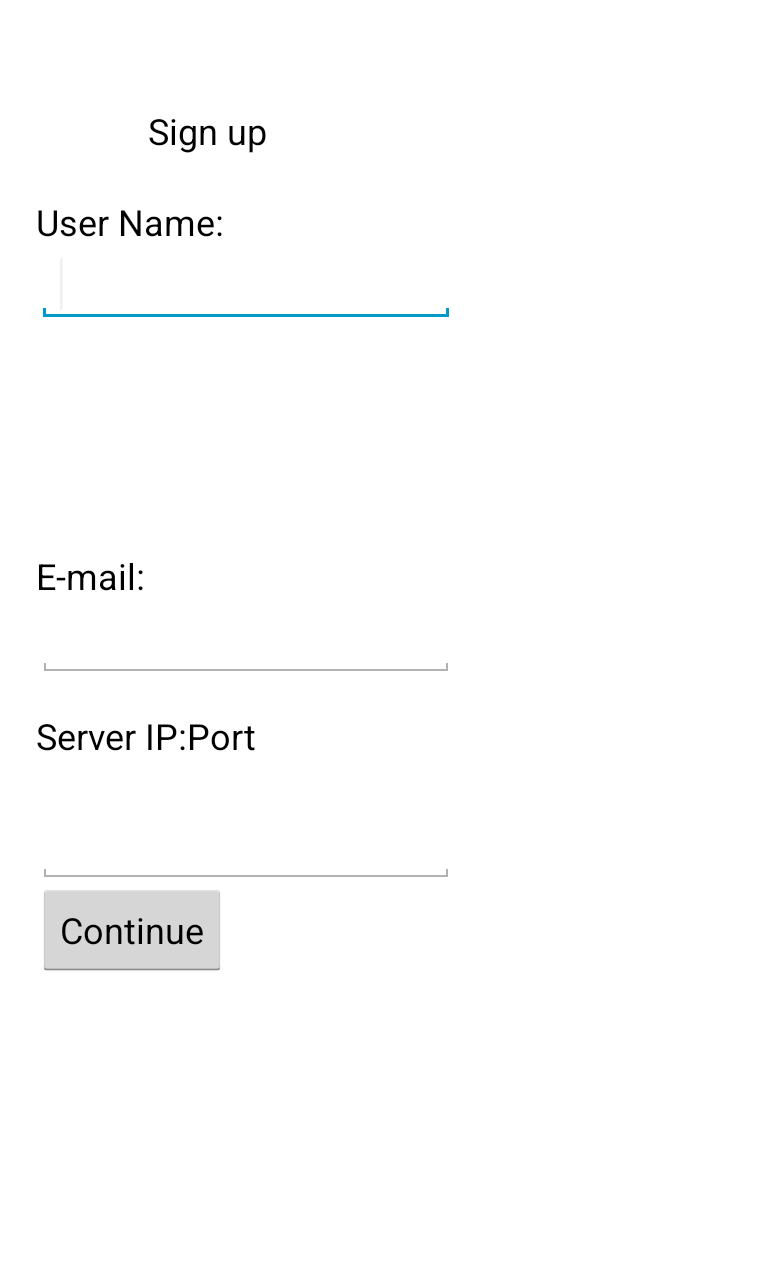
Repository: Teketel/hujeManiita
Layout: workspace/android/Besso/res/layout/activity_main.xml
An editor plug-in stored every save of this project. The layout is shown before and after the next save, followed by the edit.
It is drawn on a 768 x 1280 px phone screen (xhdpi) without system bars, with theme AppTheme; the app's code is not run.

Above is the layout before, as saved 2013-02-18 19:24:43.

After the next save:
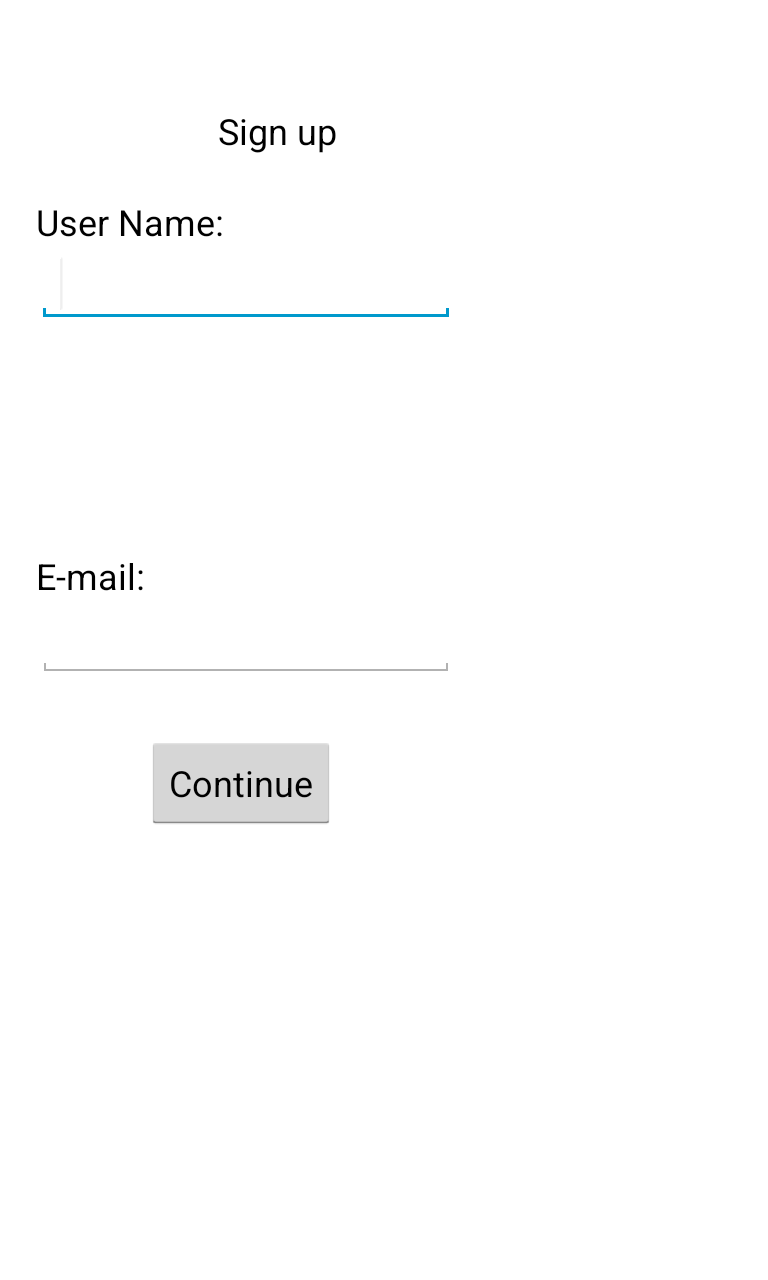
Saved 62 s later.
--- a/workspace/android/Besso/res/layout/activity_main.xml
+++ b/workspace/android/Besso/res/layout/activity_main.xml
@@ -26,6 +26,7 @@
         android:layout_height="wrap_content"
         android:layout_alignLeft="@+id/editText1"
         android:layout_alignParentTop="true"
+        android:layout_alignRight="@+id/button1"
         android:layout_marginLeft="56dp"
         android:layout_marginTop="35dp"
         android:text="Sign up"
@@ -42,7 +43,7 @@
         android:inputType="textEmailAddress" />
 
     <TextView
-        android:id="@+id/userTextView"
+        android:id="@+id/textView2"
         android:layout_width="wrap_content"
         android:layout_height="wrap_content"
         android:layout_alignLeft="@+id/editText1"
@@ -51,8 +52,17 @@
         android:text="User Name:"
         android:textAppearance="?android:attr/textAppearanceMedium" />
 
+    <Button
+        android:id="@+id/button1"
+        android:layout_width="wrap_content"
+        android:layout_height="wrap_content"
+        android:layout_below="@+id/email"
+        android:layout_marginTop="28dp"
+        android:layout_toRightOf="@+id/textView3"
+        android:text="Continue" />
+
     <TextView
-        android:id="@+id/emailTextView"
+        android:id="@+id/textView3"
         android:layout_width="wrap_content"
         android:layout_height="wrap_content"
         android:layout_above="@+id/email"
@@ -60,32 +70,4 @@
         android:text="E-mail:"
         android:textAppearance="?android:attr/textAppearanceMedium" />
 
-    <TextView
-        android:id="@+id/ipTextView"
-        android:layout_width="wrap_content"
-        android:layout_height="wrap_content"
-        android:layout_alignLeft="@+id/email"
-        android:layout_below="@+id/email"
-        android:layout_marginTop="16dp"
-        android:text="Server IP:Port"
-        android:textAppearance="?android:attr/textAppearanceMedium" />
-
-    <Button
-        android:id="@+id/button1"
-        android:layout_width="wrap_content"
-        android:layout_height="wrap_content"
-        android:layout_alignParentLeft="true"
-        android:layout_below="@+id/ipTextView"
-        android:layout_marginTop="61dp"
-        android:text="Continue" />
-
-    <EditText
-        android:id="@+id/ipEditView"
-        android:layout_width="wrap_content"
-        android:layout_height="wrap_content"
-        android:layout_alignLeft="@+id/button1"
-        android:layout_below="@+id/ipTextView"
-        android:layout_marginTop="23dp"
-        android:ems="10" />
-
 </RelativeLayout>
